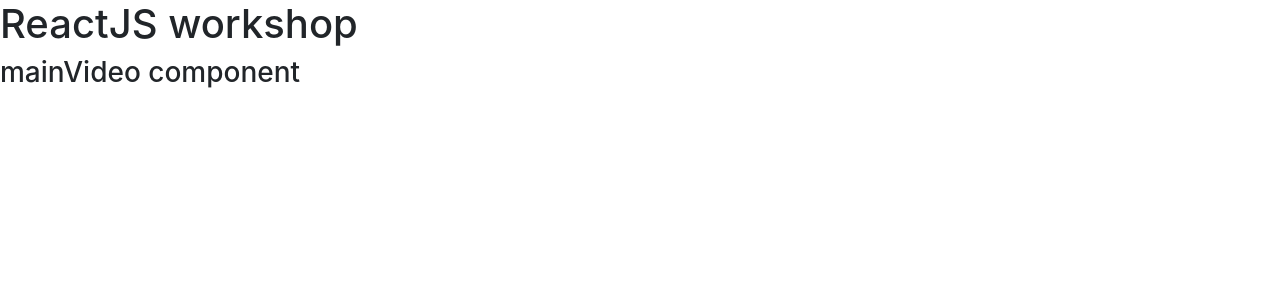
Repository: Sarra-94/props-WS
Page: /
The author's editor kept a copy of each file at every save. The page is drawn from the files as they stood at one save, then again after the next save.
The browser window is 1280 px wide. The pictures show the whole page.
The project was rebuilt for these pictures with package versions that can differ from the ones it lists, and the page was loaded fresh each time.

Above is the page before, as saved 2020-10-16 10:56:37.

After the next save:
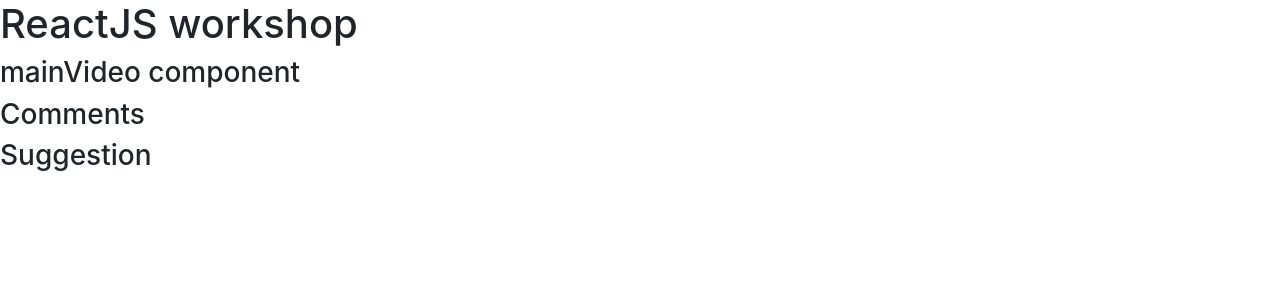
Saved 58 s later.
--- a/src/App.js
+++ b/src/App.js
@@ -2,12 +2,16 @@
 import "./App.css";
 // importing components
 import MainVideo from "./components/mainVideo/mainVideo"
+import Suggestion from "./components/suggestion/suggestion"
+import Comments from "./components/comments/comments"
 
 function App() {
   return (
     <div className="App">
      <h1>ReactJS workshop </h1>
      <MainVideo/>
+     <Comments/>
+     <Suggestion/>
     </div>
   );
 }
